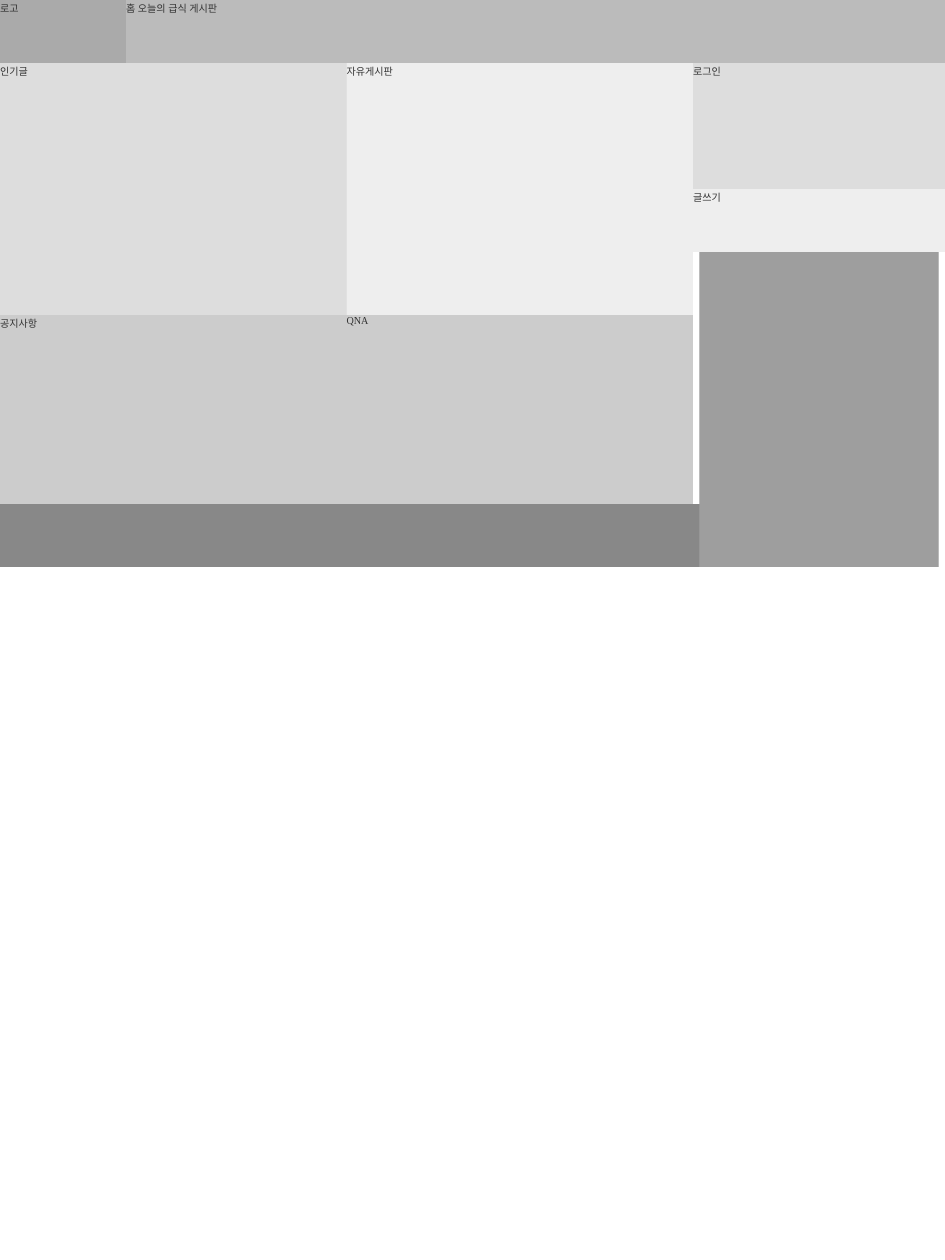
Repository: Schro2109/SchoolCommunity
Page: http://localhost/SchoolCommunity/intro/home.jsp
These files come from the project's save history. The page is drawn as it stood at one moment and after the next save; the edit follows.
The browser window is 1280 px wide. The page is 1500 px wide, so the pictures cover 1500 px, including what lies to the right of the window. The pictures show the whole page, at 63% of full size.
Pictures or frames that could not be fetched are drawn as grey boxes. The page is served by Tomcat 9. Other server files are loaded and not shown.

Above is the page before, as saved 2022-07-01 01:05:51.

### SchoolCommunity/SchoolCommunity/WebContent/intro/home.jsp
<%@ page language="java" contentType="text/html; charset=UTF-8"
    pageEncoding="UTF-8"%>

<!DOCTYPE html>
<html>
<head>
<meta charset="UTF-8">
<title>분경마당</title>
<link rel="stylesheet" href="style.css">
</head>
<body>
	<div class="container">
		<div class="h-line">
			<%@ include file="header.jsp" %>
		</div>
		<div class="con">
			<div class="item">
				<div class="top">
					<div class="hot">인기글</div>
					<div class="free">자유게시판</div>
				</div>
				<div class="bot">
					<div class="news">공지사항</div>
					<div class="qna">QNA</div>
				</div>
			</div>
			<%@ include file="aside.jsp" %>
		</div>
		<div class="f-line">
            <footer>

            </footer>
        </div>
	</div>
</body>
</html>

### SchoolCommunity/SchoolCommunity/WebContent/intro/header.jsp
<%@ page language="java" contentType="text/html; charset=UTF-8"
	pageEncoding="UTF-8"%>
<header>
	<div class="logo">로고</div>
	<div class="nav">
		<a href="#none">홈</a> <a href="#none">오늘의 급식</a> <a href="#none">게시판</a>
	</div>
</header>

### SchoolCommunity/SchoolCommunity/WebContent/intro/aside.jsp
<%@ page language="java" contentType="text/html; charset=UTF-8"
	pageEncoding="UTF-8"%>
<div class="aside">
	<div class="login">로그인</div>
	<div class="write">글쓰기</div>
	<div class="schedule"><iframe scrolling="no" src="http://xn--s39aj90b0nb2xw6xh.kr/"></iframe></div>
</div>

### SchoolCommunity/SchoolCommunity/WebContent/intro/style.css
@charset "UTF-8";

body{
	background-color: #fff;
	color: #333;
	margin:0;
}
a{
	text-decoration: none;
	color: #333;
}
.container{
	width: 100%;
	height: 2000px;
}
.h-line,
.f-line{
	background-color: #888;
	width: 100%;
	height: 100px;
}
header{
	height: 100px;
	width: 1500px;
	margin: auto;
}
header > div{
	height: 100px;
}
footer{
	height:100px;
	width:1100px;
}
.logo{
	width: 200px;
	float: left;
	background-color: #aaa;
}
.nav{
	width: 1300px;
    background-color: #bbb;
    float: right;
}
nav > a{
	font-size: 20px;
	font-weight: bolder;
	margin: 10px;
}
.con{
	width: 1500px;
	height: 700px;
	margin: 0 auto;
}
.top{
	height: 400px;
}
.bot{
	height: 200px;
}
.top > div{
	float: left;
}
.bot > div{
	float: left;
}
.item{
	width: 1100px;
	height: 700px;
    background-color: #ccc;
    float: left;
}
.hot{
	width: 550px;
	height: 400px;
	background-color: #ddd;
}
.free{
	width: 550px;
	height: 400px;
	background-color: #eee;
}
.news{
	width: 550px;
	height: 300px;
}
.qna{
	width: 550px;
	height: 300px;
}
.aside{
    float: right;
    width: 400px;
    height: 700px;
}
.login{
	width: 400px;
    height: 200px;
    background-color: #dddddd;
}
.write{
	width: 400px;
    height: 100px;
    background-color: #eeeeee;
}
.schedule{
	width: 400px;
    height: 300px;
    background-color: #ffffff;
    text-align: center;
}
.schedule > iframe{
	width:380px;
	height:500px;
	overflow:hidden;
	border: none;
}

After the next save:
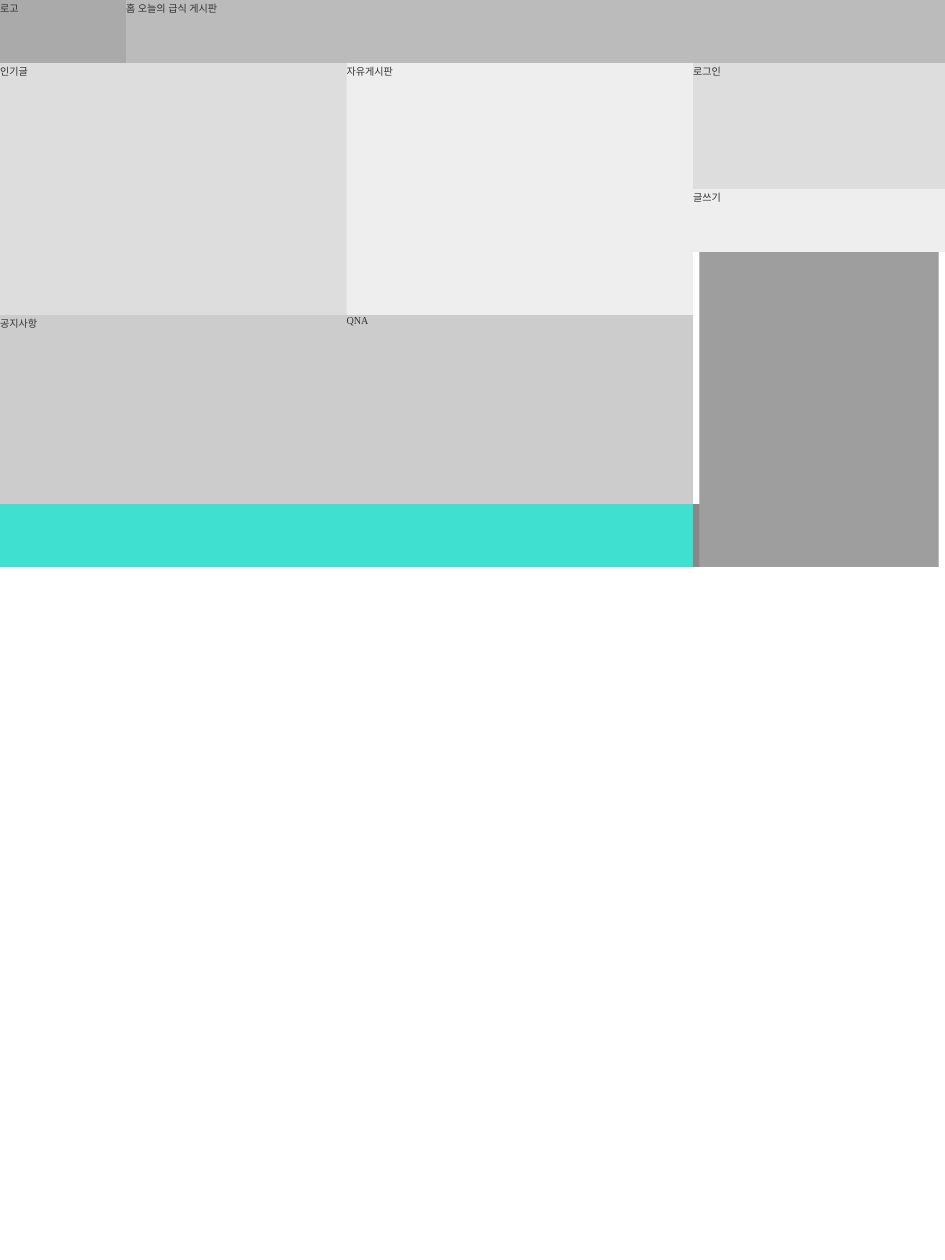
Saved 12 s later.
--- a/SchoolCommunity/SchoolCommunity/WebContent/intro/style.css
+++ b/SchoolCommunity/SchoolCommunity/WebContent/intro/style.css
@@ -30,6 +30,7 @@ header > div{
 footer{
 	height:100px;
 	width:1100px;
+	background-color: turquoise;
 }
 .logo{
 	width: 200px;
